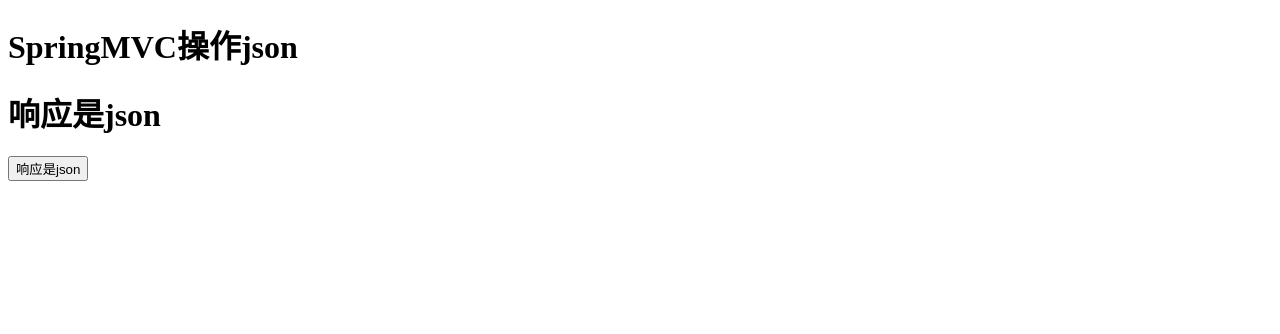
Repository: byuan98/study
Page: http://localhost/day097web/jsps/index3.jsp
The author's editor kept a copy of each file at every save. The page is drawn from the files as they stood at one save, then again after the next save.
The browser window is 1280 px wide. The pictures show the whole page.
The page is served by Tomcat 9. Other server files are loaded and not shown.

Above is the page before, as saved 2021-04-24 12:34:17.

### day097web/WebContent/jsps/index3.jsp
<%@ page language="java" contentType="text/html; charset=UTF-8" pageEncoding="UTF-8"%>
<%@ taglib prefix="core" uri="http://java.sun.com/jsp/jstl/core"%>
<!DOCTYPE html>
<html>
<head>
<meta charset="UTF-8">
<script type="text/javascript" src="<core:url value='/js/jquery-1.6.4.min.js'/>"></script>
<title>Insert title here</title>
</head>
<body>
    <h1>SpringMVC操作json</h1>
    <h1>响应是json</h1>
    <input type="button" value="响应是json" id="but_responseJson"/>
    <script type="text/javascript">
        $(function(){
        	$("#but_responseJson").bind("click",function(){
        		$.ajax({
        			url:"<core:url value='/test2/method1.action'/>", /*请求的url*/
        			success:function(data){
        				alert(data);
        				alert(data.stuname+"::"+data.stuscore);
        			},/*成功后的回调函数*/
        			type:"GET",/*请求的方式*/
        			dataType:"json",/*请求期待的响应数据类型*/
        			async:true,/*是否异步true*/
        			cache:false/*是否使用缓存,默认false*/
        		});
        	});
        });
    </script>
</body>
</html>

Loaded but not shown: day097web/WebContent/js/jquery-1.6.4.min.js (library)

After the next save:
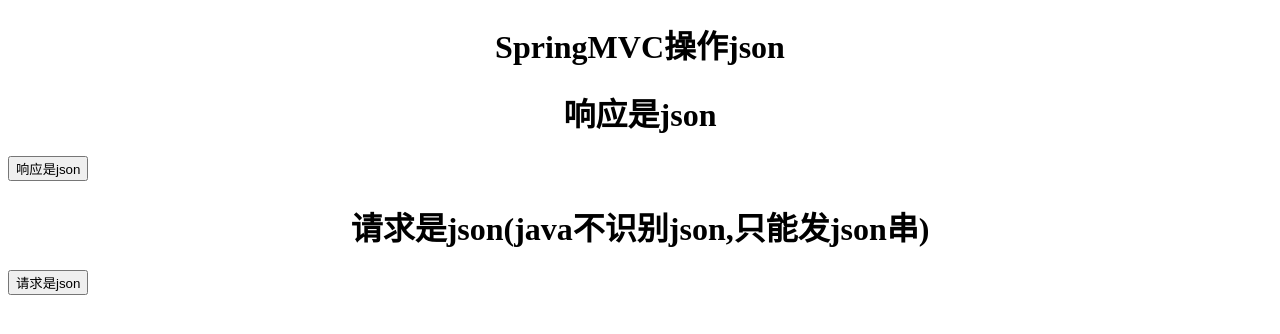
Saved 10 min 41 s later.
--- a/day097web/WebContent/jsps/index3.jsp
+++ b/day097web/WebContent/jsps/index3.jsp
@@ -8,8 +8,8 @@
 <title>Insert title here</title>
 </head>
 <body>
-    <h1>SpringMVC操作json</h1>
-    <h1>响应是json</h1>
+    <h1 align="center">SpringMVC操作json</h1>
+    <h1 align="center">响应是json</h1>
     <input type="button" value="响应是json" id="but_responseJson"/>
     <script type="text/javascript">
         $(function(){
@@ -28,5 +28,27 @@
         	});
         });
     </script>
+
+    <h1 align="center">请求是json(java不识别json,只能发json串)</h1>
+    <input type="button" value="请求是json" id="but_requestJson1"/>
+    <script type="text/javascript">
+        $(function(){
+        	$("#but_requestJson1").bind("click",function(){
+        		var dataJson="{'stuname':'Echo','stuscore':90.5}";
+        		$.ajax({
+        			url:"<core:url value='/test2/method2.action'/>", /*请求的url*/
+        			success:function(data){
+        				alert(data);
+        			},
+                    type:"POST",/*请求的方式*/
+                    dataType:"text",/*请求期待的响应数据类型*/
+                    contentType:"application/json;charset=utf-8",/*请求参数是json:必须设置请求头contentType*/
+                    data:dataJson,/*请求的参数*/
+                    async:true,/*是否异步true*/
+                    cache:false/*是否使用缓存,默认false*/
+        		});
+        	});
+        });
+    </script>
 </body>
 </html>
